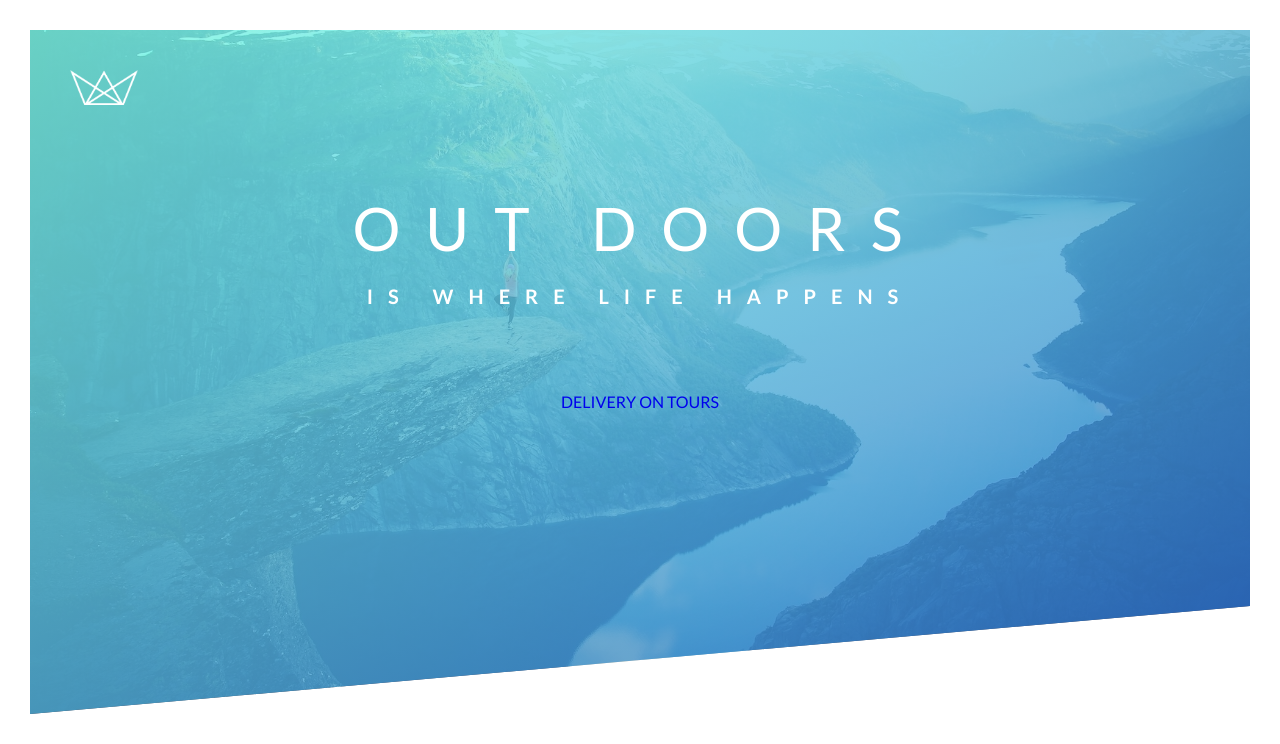
Repository: haokiet2501/natours-page
Page: index.html
An editor plug-in stored every save of this project. The page is shown before and after the next save, followed by the edit.
The browser window is 1280 px wide. The pictures show the whole page.

Above is the page before, as saved 2022-07-31 19:24:49.

### index.html
<!DOCTYPE html>
<html lang="en">
<head>
    <meta charset="UTF-8">
    <meta http-equiv="X-UA-Compatible" content="IE=edge">
    <meta name="viewport" content="width=device-width, initial-scale=1.0">
    <link rel="shortcut icon" href="img/favicon.png" type="image/x-icon">
    <link rel="stylesheet" href="styles.css">
    <title>Natours</title>
</head>
<body>
    <header class="header">
        <div class="logo">
            <img src="img/logo-white.png" alt="Logo" class="logo-img">
        </div>
        <div class="heading">
            <h1 class="heading-text">
                <span class="heading-subtitle">
                    Out doors
                </span>
                <span class="heading-subtext">
                    is where life happens
                </span>
            </h1>

            <a href="#" class="btn btn-white">Delivery on tours</a>
        </div>
    </header>
</body>
</html>

### styles.css
@import url('https://fonts.googleapis.com/css2?family=Lato:wght@300;400;700;900&display=swap');

* {
    margin: 0;
    padding: 0;
    box-sizing: border-box;
}

:root {
    --lighten-blue: #69ffd7;
    --medium-blue: #3badd4;
    --dark-blue: #1b92c2;
}

body {
    font-family: "Lato", sans-serif;
    line-height: 1.7;
    font-weight: 400;
    font-size: 16px;
    color: #777;
    padding: 30px;
}

html {
    scroll-behavior: smooth;
}

.header {
    position: relative;
    height: 95vh;
    background-image: linear-gradient(
        to right bottom,
        rgba(126, 255, 232, 0.8),
        rgba(40, 107, 208, 0.8)
        ) ,url("./img/hero.jpg");
    background-size: cover;
    background-position: top;
    clip-path: polygon(0 0, 100% 0, 100% 80vh, 0 100%);
}

.logo {
    position: absolute;
    top: 40px;
    left: 40px;
}

.logo-img {
    height: 35px;
}

.heading {
    position: absolute;
    top: 40%;
    left: 50%;
    transform: translate(-50%, -50%);
    text-align: center;
}

.heading-text {
    color: #fff;
    text-transform: uppercase;
    backface-visibility: hidden;

    margin-bottom: 60px;
}

.heading-subtitle {
    display: block;
    font-size: 60px;
    font-weight: 400;
    letter-spacing: 25px;
    animation: 1s moveLeft ease-out;
}

.heading-subtext {
    display: block;
    font-size: 20px;
    font-weight: 700;
    letter-spacing: 15px;
    animation: 1s moveRight ease-out;
}

@keyframes moveLeft{
    0% {
        opacity: 0;
        transform: translateX(-100px);
    }
    80% {
        transform: translateX(20px);
    }
    100% {
        opacity: 1;
        transform: translate(0);
    }
}

@keyframes moveRight{
    0% {
        opacity: 0;
        transform: translateX(100px);
    }
    80% {
        transform: translateX(-20px);
    }
    100% {
        opacity: 1;
        transform: translate(0);
    }
}

.btn:link,
.btn:visited {
    text-decoration: none;
    text-transform: uppercase;
    padding: 15px 40px;
    display: inline-block;
}

.btn-wi

After the next save:
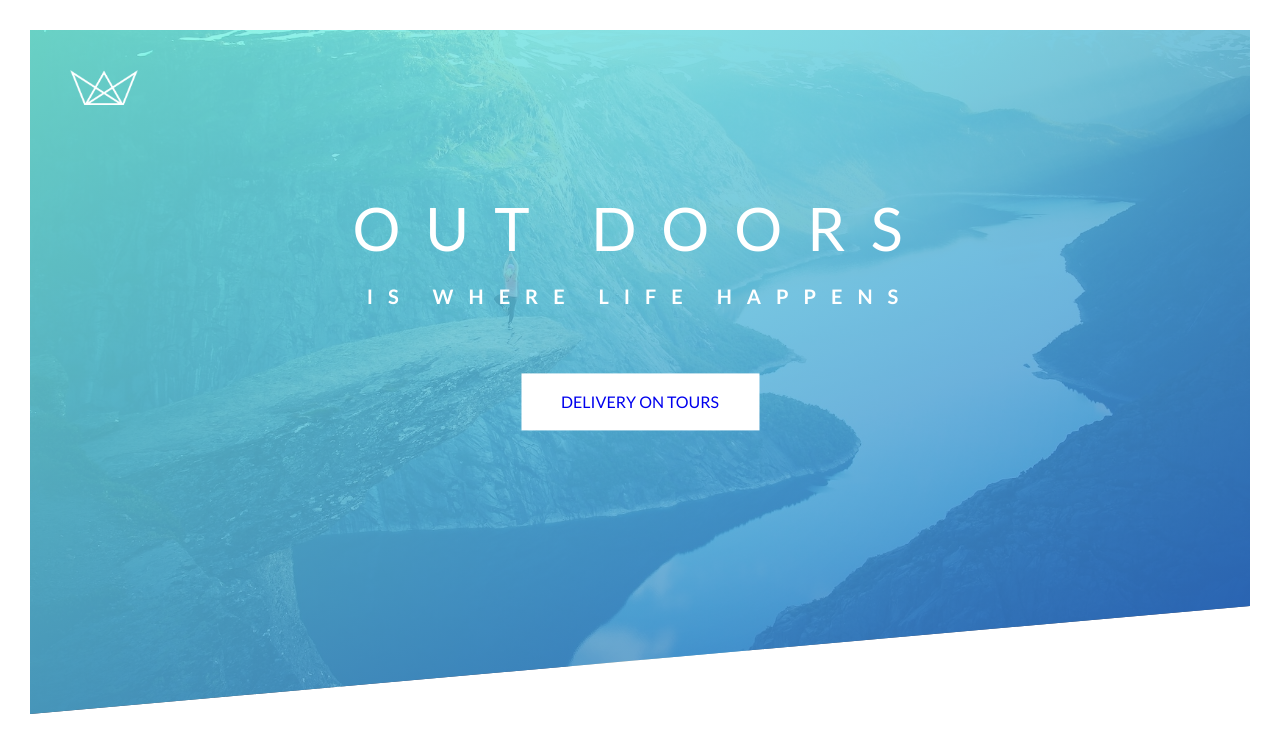
Saved 8 s later.
--- a/styles.css
+++ b/styles.css
@@ -116,4 +116,6 @@ html {
     display: inline-block;
 }
 
-.btn-wi
+.btn-white {
+    background-color: #fff;
+}
